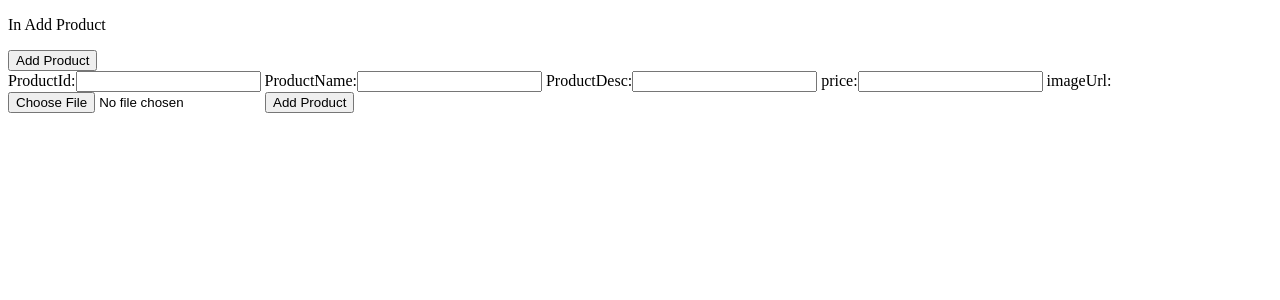
Repository: sravanreddy234/moreProject
Page: moreProject/WebContent/AddProduct.html
These files come from the project's save history. The page is drawn as it stood at one moment and after the next save; the edit follows.
The browser window is 1280 px wide. The pictures show the whole page.

Above is the page before, as saved 2017-07-23 10:57:32.
Console error: ReferenceError: $ is not defined

### moreProject/WebContent/AddProduct.html
<!DOCTYPE html>
<html>
<head>
<meta charset="ISO-8859-1">
<title>Admin Add Page</title>
</head>
<script>
    $(document).ready(function(){

        $('.table').DataTable({
            "lengthMenu": [[1,2,3,5,10, -1], [1,2,3,5,10, "All"]]
        });
    });
</script>
<body>
<form action="AddServlet" method="post">

<p>In Add Product</p>
<input type="submit" value="Add Product">
</form>

	ProductId:<input type="text" name="ProductId">
	ProductName:<input type="text" name="ProductName">
	ProductDesc:<input type="text" name="ProductDesc">
	price:<input type="text" name="Price">
	imageUrl:<input type="file" name="imageUrl" value="Choose File">
	<input type="submit" value="Add Product">

</body>
</html>

After the next save:
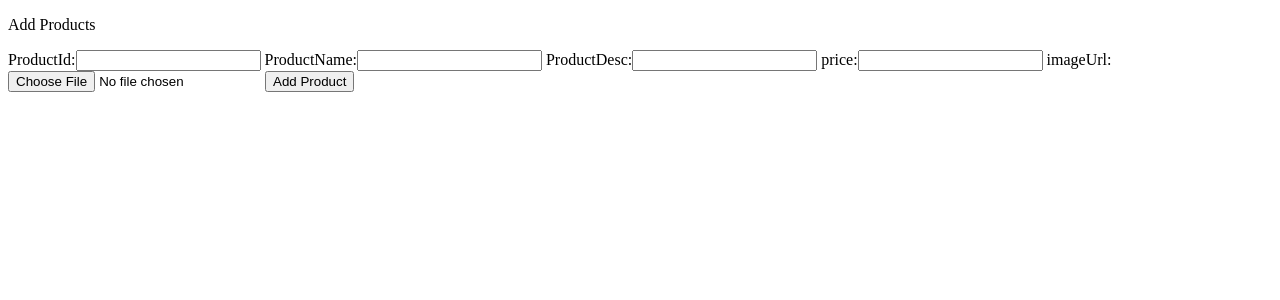
Saved 28 s later.
--- a/moreProject/WebContent/AddProduct.html
+++ b/moreProject/WebContent/AddProduct.html
@@ -5,26 +5,30 @@
 <title>Admin Add Page</title>
 </head>
 <script>
-    $(document).ready(function(){
+	$(document).ready(
+			function() {
 
-        $('.table').DataTable({
-            "lengthMenu": [[1,2,3,5,10, -1], [1,2,3,5,10, "All"]]
-        });
-    });
+				$('.table').DataTable(
+						{
+							"lengthMenu" : [ [ 1, 2, 3, 5, 10, -1 ],
+									[ 1, 2, 3, 5, 10, "All" ] ]
+						});
+			});
 </script>
 <body>
-<form action="AddServlet" method="post">
+	<form action="AddServlet" method="post">
 
-<p>In Add Product</p>
-<input type="submit" value="Add Product">
-</form>
+		<p>Add Products</p>
 
-	ProductId:<input type="text" name="ProductId">
-	ProductName:<input type="text" name="ProductName">
-	ProductDesc:<input type="text" name="ProductDesc">
-	price:<input type="text" name="Price">
-	imageUrl:<input type="file" name="imageUrl" value="Choose File">
-	<input type="submit" value="Add Product">
+		ProductId:<input type="text" name="ProductId"> ProductName:<input
+			type="text" name="ProductName"> ProductDesc:<input
+			type="text" name="ProductDesc"> price:<input type="text"
+			name="Price"> imageUrl:<input type="file" name="imageUrl"
+			value="Choose File"> <input type="submit" value="Add Product">
+
+	</form>
+
+
 
 </body>
 </html>
